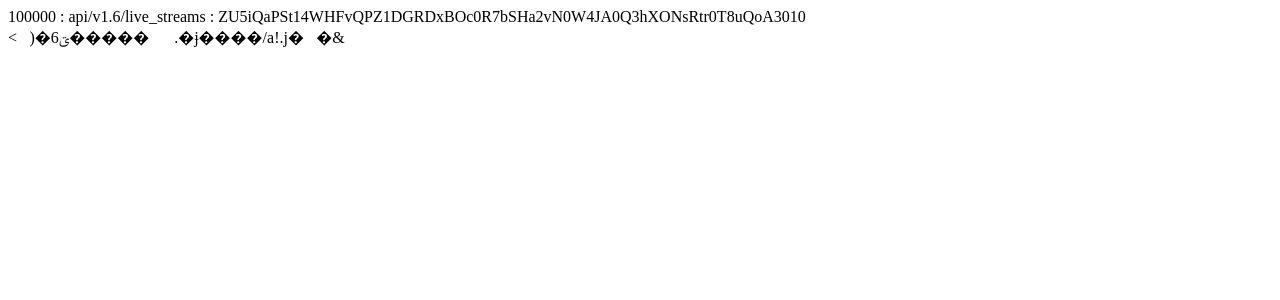
Repository: junhyeongShin/comunity_app
Page: http://localhost/Broadcast/curl copy.php
An editor plug-in stored every save of this project. The page is shown before and after a run of saves, followed by the edit.
The browser window is 1280 px wide. The pictures show the whole page.
The page is run by PHP 8.4 with error messages shown; the project is at /var/www/html/.

Above is the page before, as saved 2021-05-28 13:46:02.

### Broadcast/curl copy.php
<?php

$timestamp = 100000;
$path = "api/v1.6/live_streams";
$wscApiKey = "ZU5iQaPSt14WHFvQPZ1DGRDxBOc0R7bSHa2vN0W4JA0Q3hXONsRtr0T8uQoA3010";

$wscApiKey_hash = hash('sha256',$wscApiKey);

$hmacData = ($timestamp.' : '.$path.' : '.$wscApiKey);
echo $hmacData;
echo '<br>';

$hash_key = hash_hmac('sha256',$hmacData,$wscApiKey_hash,true);
echo $hash_key;
echo '<br>';


?>

After the next 3 saves:
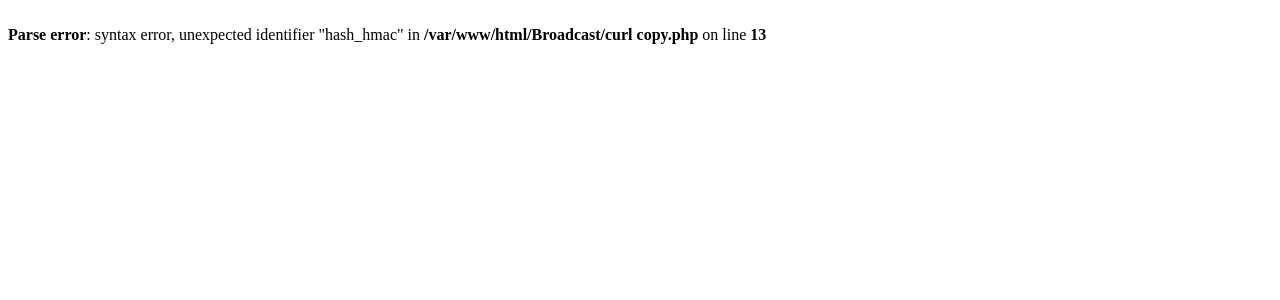
The 3 saves are shown as one change because they came seconds apart.
The last was saved 11 s later.
--- a/Broadcast/curl copy.php
+++ b/Broadcast/curl copy.php
@@ -10,7 +10,7 @@
 echo $hmacData;
 echo '<br>';
 
-$hash_key = hash_hmac('sha256',$hmacData,$wscApiKey_hash,true);
+$hash_key = base64_encode() hash_hmac('sha256',$hmacData,$wscApiKey_hash,true);
 echo $hash_key;
 echo '<br>';
 

After the save that followed:
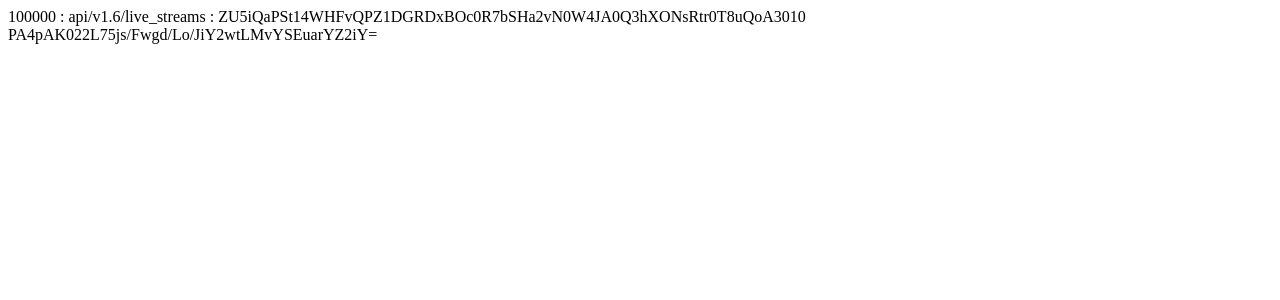
Saved 4 s later.
--- a/Broadcast/curl copy.php
+++ b/Broadcast/curl copy.php
@@ -10,7 +10,7 @@
 echo $hmacData;
 echo '<br>';
 
-$hash_key = base64_encode() hash_hmac('sha256',$hmacData,$wscApiKey_hash,true);
+$hash_key = base64_encode(hash_hmac('sha256',$hmacData,$wscApiKey_hash,true));
 echo $hash_key;
 echo '<br>';
 
